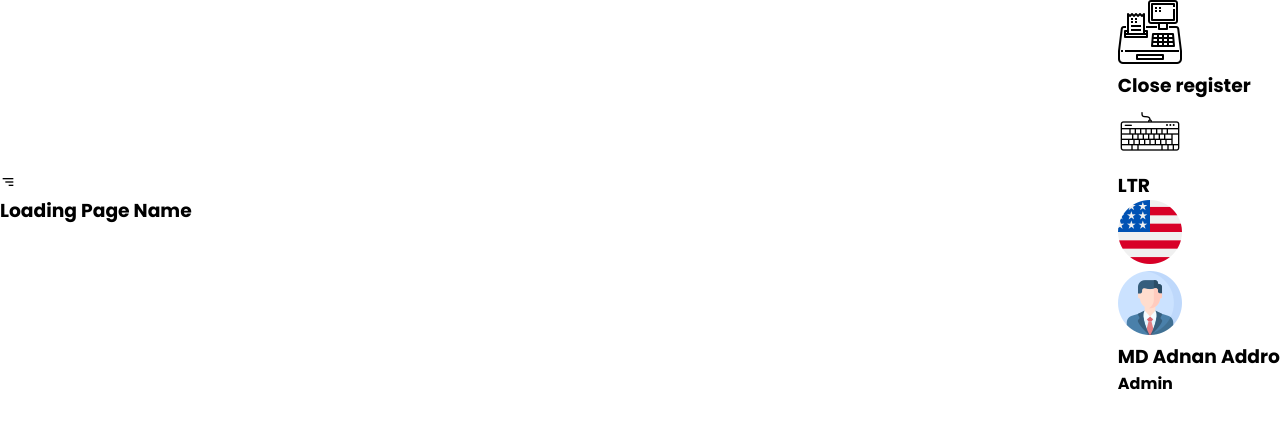
Repository: codebyaddro/pos-navbar
Page: index.html
An editor plug-in stored every save of this project. The page is shown before and after a run of saves, followed by the edit.
The browser window is 1280 px wide. The pictures show the whole page.

Above is the page before, as saved 2025-02-13 14:36:09.

### index.html
<!DOCTYPE html>
<html lang="en">
<head>
    <meta charset="UTF-8">
    <meta name="viewport" content="width=device-width, initial-scale=1.0">
    <!-- CSS -->
    <link rel="stylesheet" href="/css/style.css">
    <!-- Icons -->
    <link href='https://unpkg.com/boxicons@2.1.4/css/boxicons.min.css' rel='stylesheet'>
    <title>Navbar - Block</title>
</head>
<body>
    <nav class="cba-nav-container">
        <div class="cba-nav-side-menu-toggle-icon-loading-pagename">
            <div class="cba-nav-side-menu-toggle-icon">
                <!-- toggle first icon -->
                <i class='t-icon-open bx bx-menu-alt-right' id="iconDisplay" onclick="toggleIcon()"></i>
                <!-- toggle second icon -->
                <!-- <i class='t-icon-close bx bx-menu-alt-left' id="iconDisplay" onclick="toggleIcon()"></i> -->
                <!--todo: one of the toggle icon should be commented-->
            </div>
            <div class="cba-nav-loading-pagename">
                <h3><span>Loading Page Name</span></h3>
            </div>
        </div>
        <div class="cba-nav-features-user-logo-name">
            <div class="cba-nav-features">
                <div class="cba-nav-close-counter">
                    <img src="/img/cash-register.png" alt="cash-register-img">
                    <h3>Close register</h3>
                </div>
                <div class="cba-nav-keyboard-shortcut">
                    <img src="/img/computer-keyboard.png" alt="keyboard-img">
                </div>
                <div class="cba-nav-ltr-rtl-switch">
                    <h3><span id="text">LTR</span></h3>
                </div>
                <div class="cba-nav-lang-switch" onclick="toggleImage()">
                    <img src="/img/united-states.png" title="English" alt="united-state-flag" id="image">
                </div>
            </div>
            <div class="cba-nav-user-logo-name">
                <div class="cba-nav-user-logo">
                    <img src="/img/User.png" alt="user-img">
                </div>
                <div class="cba-nav-user-name">
                    <div class="cba-nav-user-name">
                        <h3>MD Adnan Addro</h3>
                    </div>
                    <div class="cba-nav-user-role">
                        <h4>Admin</h4>
                    </div>
                </div>
            </div>
        </div>
    </nav>
    <!-- Javascript -->
    <script src="/script/main.js"></script>
</body>
</html>

### css/style.css
/* -- fonts -- */
@import url('https://fonts.googleapis.com/css2?family=Poppins:ital,wght@0,100;0,200;0,300;0,400;0,500;0,600;0,700;0,800;0,900;1,100;1,200;1,300;1,400;1,500;1,600;1,700;1,800;1,900&family=Raleway:ital,wght@0,100..900;1,100..900&family=Roboto:ital,wght@0,100;0,300;0,400;0,500;0,700;0,900;1,100;1,300;1,400;1,500;1,700;1,900&family=VT323&display=swap');

/* -- root -- */

:root {
    --gray-white: #F0F1F2; /* For body*/
    --white: #FFFFFF;
    --black: #000000;
    --gray-black: #DDDDDD;
    --light-black: #212523;
    --light-black-op: #21252350;
    --main-green: #157343;
    --main-light: #37A000;
    --light-orange: #FD7E14;
    --green: #008000;
    --light-green: #e9f6ec;
    --red: #FF0000;
    --light-red: #fbeaec;
}

/* -- universal style -- */

* {
    margin: 0;
    padding: 0;
    box-sizing: border-box;
    font-family: "Poppins", serif;
}

/* -- web app cursor element selection style -- */

::selection {
    color: var(--white);
    background-color: var(--main-light);
}

/* -- nav container style -- */

.cba-nav-container {
    display: flex;
    justify-content: space-between;
    align-items: center;
    p
}

### script/main.js
// JS function for Side Navigation Bar Toggle

function toggleIcon() {
    let icon = document.getElementById("iconDisplay");

    if (icon.classList.contains("bx-menu-alt-right")) {
        icon.classList.remove("bx-menu-alt-right");
        icon.classList.add("bx-menu-alt-left"); // Change to user alt left icon
    } else {
        icon.classList.remove("bx-menu-alt-left");
        icon.classList.add("bx-menu-alt-right"); // Change back to alt right icon
    }
}

// End of Side Navigation Bar Toggle

After the next 5 saves:
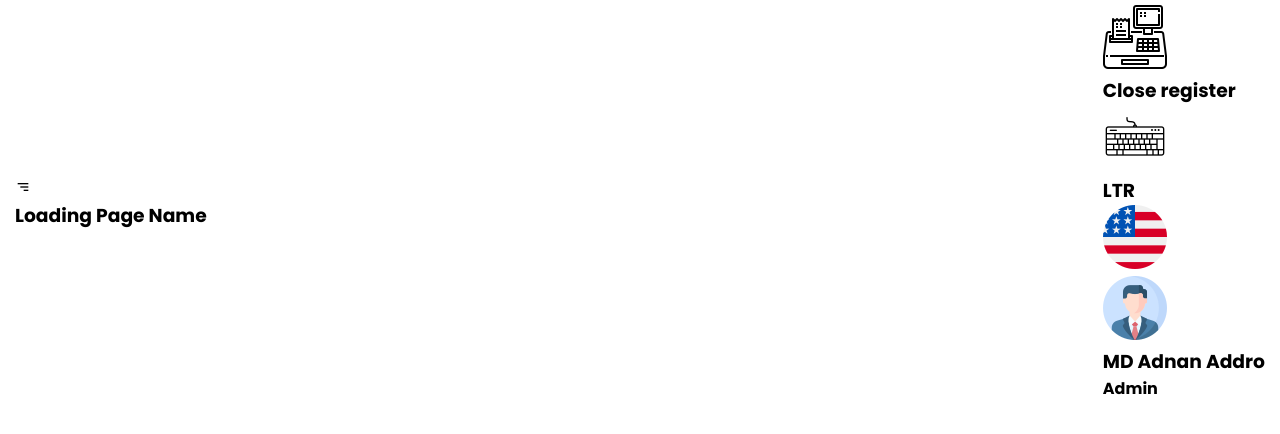
The 5 saves are shown as one change because they came seconds apart.
The last was saved 11 s later.
--- a/css/style.css
+++ b/css/style.css
@@ -41,5 +41,5 @@
     display: flex;
     justify-content: space-between;
     align-items: center;
-    p
+    padding: 5px 15px;
 }
